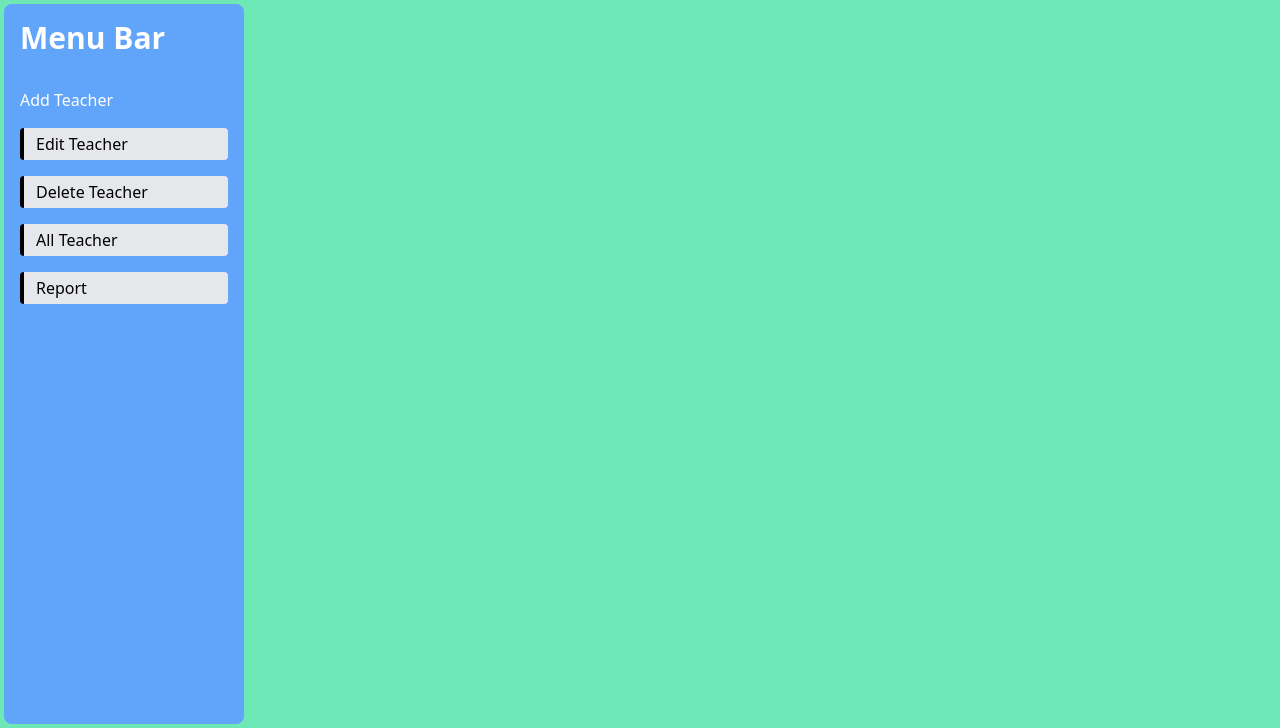
Repository: Haseeb467/Faculty-Online-data
Page: /SideBar
These files come from the project's save history. The page is drawn as it stood at one moment and after the next save; the edit follows.
The browser window is 1280 px wide. The pictures show the whole page.
The project was rebuilt for these pictures with package versions that can differ from the ones it lists, and the page was loaded fresh each time. Also part of the build but not shown: vite.config.ts, src/Admin/EditTeacher/EditTeacher.tsx, src/Pages/mainPage/MainPageItems.tsx, src/Components/Loader.css, src/Components/Hourglass.tsx, src/Components/NavBar.tsx, src/Components/AdminLayout.tsx, src/Admin/AddTeacher/AddTeacher.tsx and 15 more.

Above is the page before, as saved 2024-12-25 22:34:57.

### index.html
<!-- <!doctype html> -->
<html lang="en">
  <head>
    <meta charset="UTF-8" />
    <link rel="icon" type="svg+xml" href="/vite.svg" />
    <meta name="viewport" content="width=device-width, initial-scale=1.0" />
    <title>Vite + React + TS</title>
  </head>
  <body>
    <div id="root"></div>
    <script type="module" src="/src/main.tsx"></script>
  </body>
</html>

### src/main.tsx
// import { StrictMode } from 'react'
// import { createRoot } from 'react-dom/client'
import React from 'react'
import ReactDOM from 'react-dom/client'
import './index.css'
import App from './App.tsx'
import { BrowserRouter } from 'react-router-dom';
// import { BrowserRouter } from 'react-router-dom';

ReactDOM.createRoot(document.getElementById('root')!).render(
  <React.StrictMode>
    <BrowserRouter>
    <App />
    </BrowserRouter>
  </React.StrictMode>
);

### src/index.css
/* src/styles/Home.css */
@tailwind base;
@tailwind components;
@tailwind utilities;
*{
  padding: 0;
  margin: 0;
  box-sizing: border-box;
}

.home-page {
  display: flex;
  flex-direction: column;
  align-items: center;
  justify-content: center;
  height: 100vh;
  background-color: #f7f7f7;
}

.login-form {
  background: white;
  padding: 2rem;
  border-radius: 8px;
  box-shadow: 0 4px 12px rgba(0, 0, 0, 0.1);
}

.login-form Input{
  display: flex;
  padding: 10px;
  }
  .login-form-data-1{
    margin: 10px 0px;
  }
  .login-form-data-2{
    margin: 10px 0px;
  }

.role-selection {
  margin: 1rem 0;
  display: flex;
  gap: 1rem;
  /* padding: 20px; */
}
body::-webkit-scrollbar {
  display: none;  /* Hide scrollbar for Webkit browsers */
}

### src/App.tsx
import './App.css'
import { ToastContainer } from "react-toastify";
import 'react-toastify/dist/ReactToastify.css';
import EditTeacher from './Admin/EditTeacher/EditTeacher';
import MainPageItems from './Pages/mainPage/MainPageItems';
import AdminLayout from './Components/AdminLayout';
import AddTeacher from './Admin/AddTeacher/AddTeacher';
import { Routes, Route, Navigate, } from 'react-router-dom';
import LoginForm from './Components/LoginForm';
import MainPage from './Pages/mainPage/MainPage';
import EditTeacherByAdmin from './Admin/EditTeacher';
import SideBar from './Components/Sidebar';
import NavBar from './Components/NavBar';
import ProtectedRoute from './Components/ProtectedRoute';
import AllTeacherDataPanelByAdmin from './Admin/AllTeacherDataByAdmin/AllTeacherDataPanelByAdmin';
import DeleteTeacherByAdmin from './Admin/DeleteTeacher';
import AuthProvider from './Contexts/AuthContext';
import UserReport from './Components/userDataReport';
import TeacherNavbar from './Pages/mainPage/TeacherNavbar';
import TeacherEdit from './Teacher/TeacherEdit';

function App() {
  return (
    <div className='bg-emerald-300 p-1' >
      <ToastContainer />
      <AuthProvider >
        <Routes>
          {/* Login page */}
          <Route path="/" element={<LoginForm />} />

          {/* Admin Page Routes */}
          <Route path="/admin" element={<ProtectedRoute requiredRole='admin'>
            <AdminLayout children={undefined} />
          </ProtectedRoute>
          }>
            <Route index element={<Navigate to="add-teacher" replace />} />
            <Route path="add-teacher" element={<AddTeacher />} />
            <Route path="EditTeacherByAdmin" element={<EditTeacherByAdmin />} />
            <Route path="DeleteTeacherByAdmin" element={<DeleteTeacherByAdmin />} />
            <Route path="AllTeacherDataPanelByAdmin" element={<AllTeacherDataPanelByAdmin />} />
            <Route path="userReport" element={<UserReport />} />
          </Route>

          {/* Teacher Page Routes */}
          <Route path="/teacher" element={<ProtectedRoute requiredRole='teacher'>
            <MainPage />
          </ProtectedRoute>
          }>
            <Route path="teacher1" element={<MainPage />} />
          <Route path="TeacherNavbar" element={<TeacherNavbar />} />
          </Route>

          <Route path="TeacherEdit/:email" element={<TeacherEdit />} />
          <Route path="/EditTeacher/:teacherId" element={<EditTeacher />} />
          <Route path="MainPageItems" element={<MainPageItems />} />
          <Route path="NavBar" element={<NavBar />} />
          <Route path="SideBar" element={<SideBar />} />

        </Routes>
      </AuthProvider>
    </ div >
  )
}

export default App

### src/App.css
*{
  padding: 0;
  margin: 0;
  box-sizing: border-box;
}
.scroll-container::-webkit-scrollbar {
  display: none;  /* Hide scrollbar for Webkit browsers */
}

### src/Components/Sidebar.tsx
import { Link, NavLink, } from "react-router-dom"

const SideBar = () => {

    return (
        <div className="h-full rounded-lg bg-blue-400 w-60 text-white p-4">
            <div>
                <h1 className="font-bold text-3xl">
                    Menu Bar
                </h1>
            </div>

            <div className="link ">
                <nav className="mt-8">
                    <ul className="space-y-4">
                        <NavLink to="/admin/add-teacher"
                            className={({ isActive }) =>
                            ` ${isActive ? " bg-red-400 " : ""}`
                        }>
                        <li className="">

                                Add Teacher
                        </li>
                            </NavLink>

                        <li className="cursor-pointer py-1  px-3 rounded hover:text-black hover:bg-gray-100 $  text-black border-l-4 border-black bg-gray-200  ">
                            <Link to="EditTeacherByAdmin" className="w-full">Edit Teacher </Link>
                        </li>
                        <li className="cursor-pointer py-1  px-3 rounded hover:text-black hover:bg-gray-100 $  text-black border-l-4 border-black bg-gray-200  ">
                            <Link to="DeleteTeacherByAdmin"> Delete Teacher </Link>
                        </li>
                        <li className="cursor-pointer py-1  px-3 rounded hover:text-black hover:bg-gray-100 $  text-black border-l-4 border-black bg-gray-200  ">
                            <Link to="AllTeacherDataPanelByAdmin"> All Teacher </Link>
                        </li>
                        <li className="cursor-pointer py-1  px-3 rounded hover:text-black hover:bg-gray-100 $  text-black border-l-4 border-black bg-gray-200  ">
                            <Link to="userReport"> Report </Link>
                        </li>

                    </ul>
                </nav>
            </div>
        </div>
    )
}

export default SideBar

### src/Contexts/AuthContext.tsx
import { createContext, useContext, useState, useEffect, ReactNode, FC } from 'react';
import { getAuth, onAuthStateChanged, User } from 'firebase/auth';
import { app } from '../firebasedbconfig/dbconfig';

type AuthContextType = {
    currentUser: User | null,
    role: string | null,
    setRole: (role: string) => void;
    setUserRole: (role: string) => void;
};
export const AuthContext = createContext<AuthContextType>({
    currentUser: null,
    role: null,
    setRole: () => { },
    setUserRole: (role: string) => { role },
});

export const useAuth = () => useContext(AuthContext)

interface AuthProviderProps {
    children: ReactNode;
}

const AuthProvider: FC<AuthProviderProps> = ({ children }: { children: ReactNode }) => {
    const [role, setRole] = useState("Teacher");
    const [currentUser, setCurrentUser] = useState<User | null>(null);
    const auth = getAuth(app);

    useEffect(() => {
        const unSubscribe = onAuthStateChanged(auth, (user) => {
            setCurrentUser(user);
        })
        return unSubscribe;
    }, [auth])

    const value = {
        currentUser,
        role,
        setRole,
        setUserRole: (role: string) => { setRole(role); },
    };

    return (
        <AuthContext.Provider value={value}>
            {children}
        </AuthContext.Provider>
    );
};
export default AuthProvider;

### src/firebasedbconfig/dbconfig.ts
import { initializeApp } from "firebase/app";
import { getFirestore } from "firebase/firestore";
import { getStorage } from "firebase/storage";
import { getAuth } from "firebase/auth";

const firebaseConfig = {
  apiKey: "AIzaSyD7sC13osQQuH8FW6NbAOxiqcHPACF2Vng",
  authDomain: "fms-4-ts.firebaseapp.com",
  databaseURL: "https://fms-4-ts-default-rtdb.firebaseio.com",
  projectId: "fms-4-ts",
  storageBucket: "fms-4-ts.firebasestorage.app",
  messagingSenderId: "776841904816",
  appId: "1:776841904816:web:9f7a8edcb1471ac64eb175",
  measurementId: "G-92RN4N49NX"
};
// Initialize Firebase
const app = initializeApp(firebaseConfig);
// const analytics = getAnalytics(app);
const txtDB = getFirestore(app);
const storage = getStorage(app);
const db = getFirestore(app);
const auth = getAuth(app);
export { txtDB, storage, db, auth, app, getFirestore };

### tailwind.config.js
/** @type {import('tailwindcss').Config} */
export default {
    darkMode: ["class"],
    content: ["./index.html", "./src/**/*.{ts,tsx,js,jsx}"],
  theme: {
  	extend: {
  		// colors: {
  		// 	sidebar: {
  		// 		DEFAULT: 'hsl(var(--sidebar-background))',
  		// 		foreground: 'hsl(var(--sidebar-foreground))',
  		// 		primary: 'hsl(var(--sidebar-primary))',
  		// 		'primary-foreground': 'hsl(var(--sidebar-primary-foreground))',
  		// 		accent: 'hsl(var(--sidebar-accent))',
  		// 		'accent-foreground': 'hsl(var(--sidebar-accent-foreground))',
  		// 		border: 'hsl(var(--sidebar-border))',
  		// 		ring: 'hsl(var(--sidebar-ring))'
  		// 	}
  		// }
  	}
  },
  plugins: [],
}

// /** @type {import('tailwindcss').Config} */
// export default {
//   darkMode: ["class"],
//   content: ["./index.html", "./src/**/*.{ts,tsx,js,jsx}"],
//   theme: {
//     extend: {
//       keyframes: {
//         "hourglass-rotate": {
//           "0%": { transform: "rotateX(0deg)" },
//           "50%": { transform: "rotateX(180deg)" },
//           "100%": { transform: "rotateX(180deg)" },
//         },
//         "hourglass-hide": {
//           "0%": { opacity: "1" },
//           "25%": { opacity: "0" },
//           "30%": { opacity: "0" },
//           "40%": { opacity: "1" },
//           "100%": { opacity: "1" },
//         },
//         "sand-stream": {
//           "0%": { height: "0px", top: "35px" },
//           "50%": { height: "35px", top: "8px" },
//           "100%": { height: "0px", top: "8px" },
//         },
//         "sand-fillup": {
//           "0%": { opacity: "0", height: "0" },
//           "60%": { opacity: "1", height: "0" },
//           "100%": { opacity: "1", height: "17px" },
//         },
//         "sand-deplete": {
//           "0%": { opacity: "0", height: "17px" },
//           "100%": { opacity: "1", height: "0px" },
//         },
//       },
//       animation: {
//         "hourglass-rotate": "hourglass-rotate 2s ease-in infinite",
//         "hourglass-hide": "hourglass-hide 2s ease-in infinite",
//         "sand-stream": "sand-stream 2s ease-in infinite",
//         "sand-fillup": "sand-fillup 2s ease-in infinite",
//         "sand-deplete": "sand-deplete 2s ease-in infinite",
//       },
//     },
//   },
//   plugins: [],
// };

After the next save:
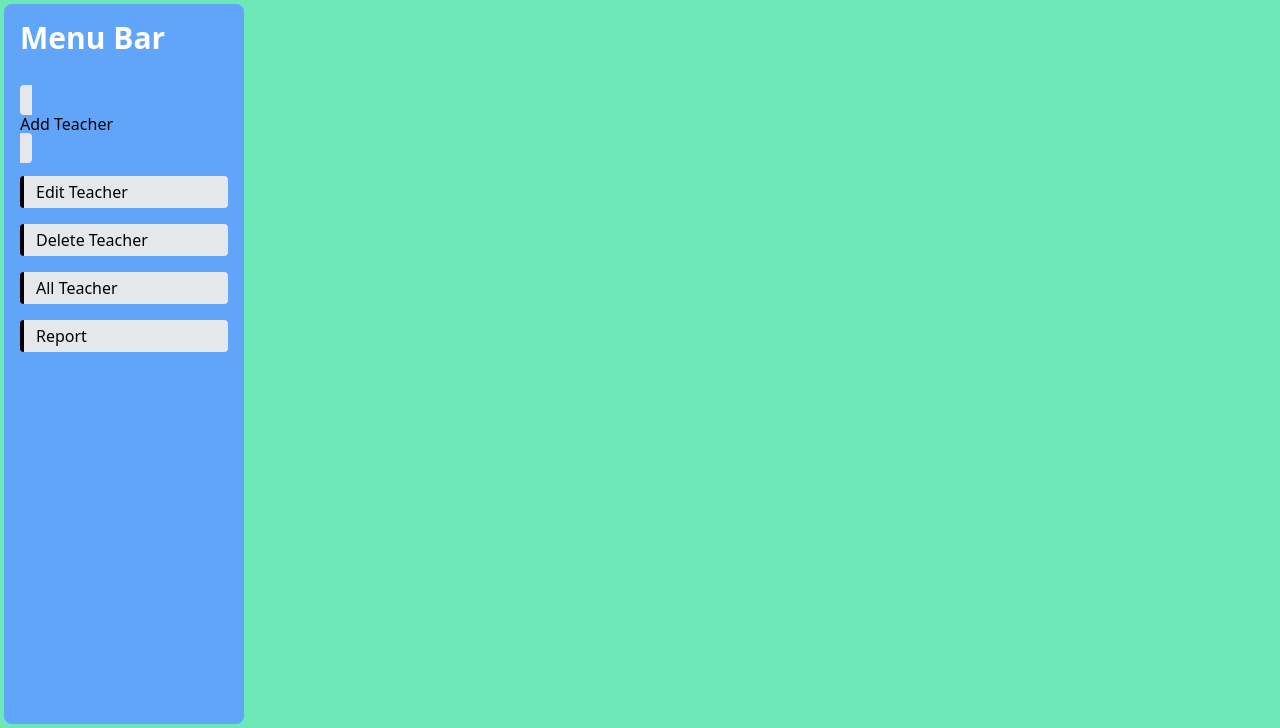
Saved 7 s later.
--- a/src/Components/Sidebar.tsx
+++ b/src/Components/Sidebar.tsx
@@ -15,7 +15,7 @@ const SideBar = () => {
                     <ul className="space-y-4">
                         <NavLink to="/admin/add-teacher"
                             className={({ isActive }) =>
-                            ` ${isActive ? " bg-red-400 " : ""}`
+                            `cursor-pointer py-1 px-3 border-1-4 border-black rounded bg-gray-200 text-black hover:bg-gray-100${isActive ? " bg-red-400 " : ""}`
                         }>
                         <li className="">
 
